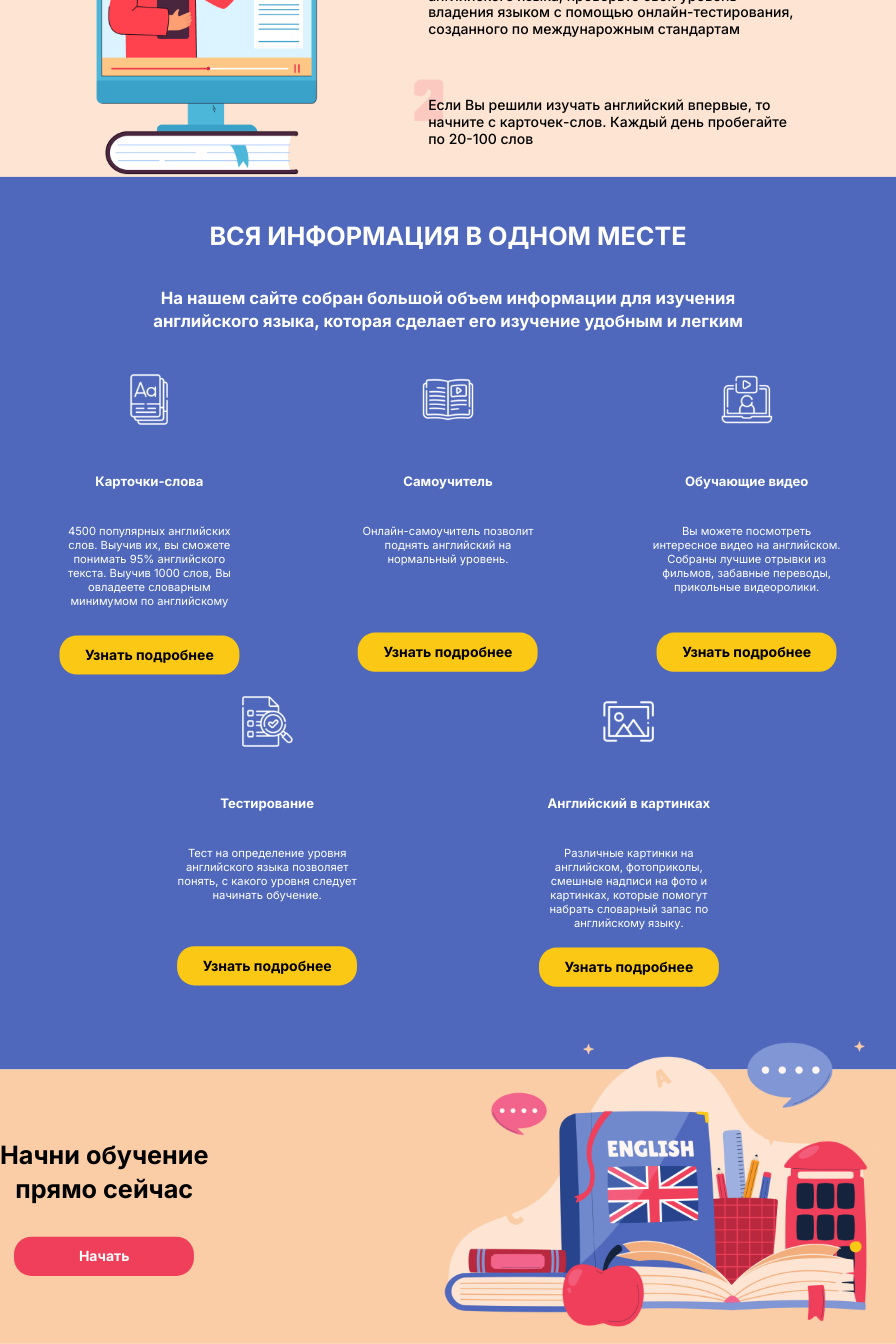
Repository: WladimirVA/Diplom
Page: scool/index.html
These files come from the project's save history. The page is drawn as it stood at one moment and after the next save; the edit follows.
The browser window is 1280 px wide. The pictures show the part of the page from y = 1124 to 3044 px (the page is 3044 px tall), at 70% of full size.

Above is the page before, as saved 2023-07-18 17:43:19.

After the next save:
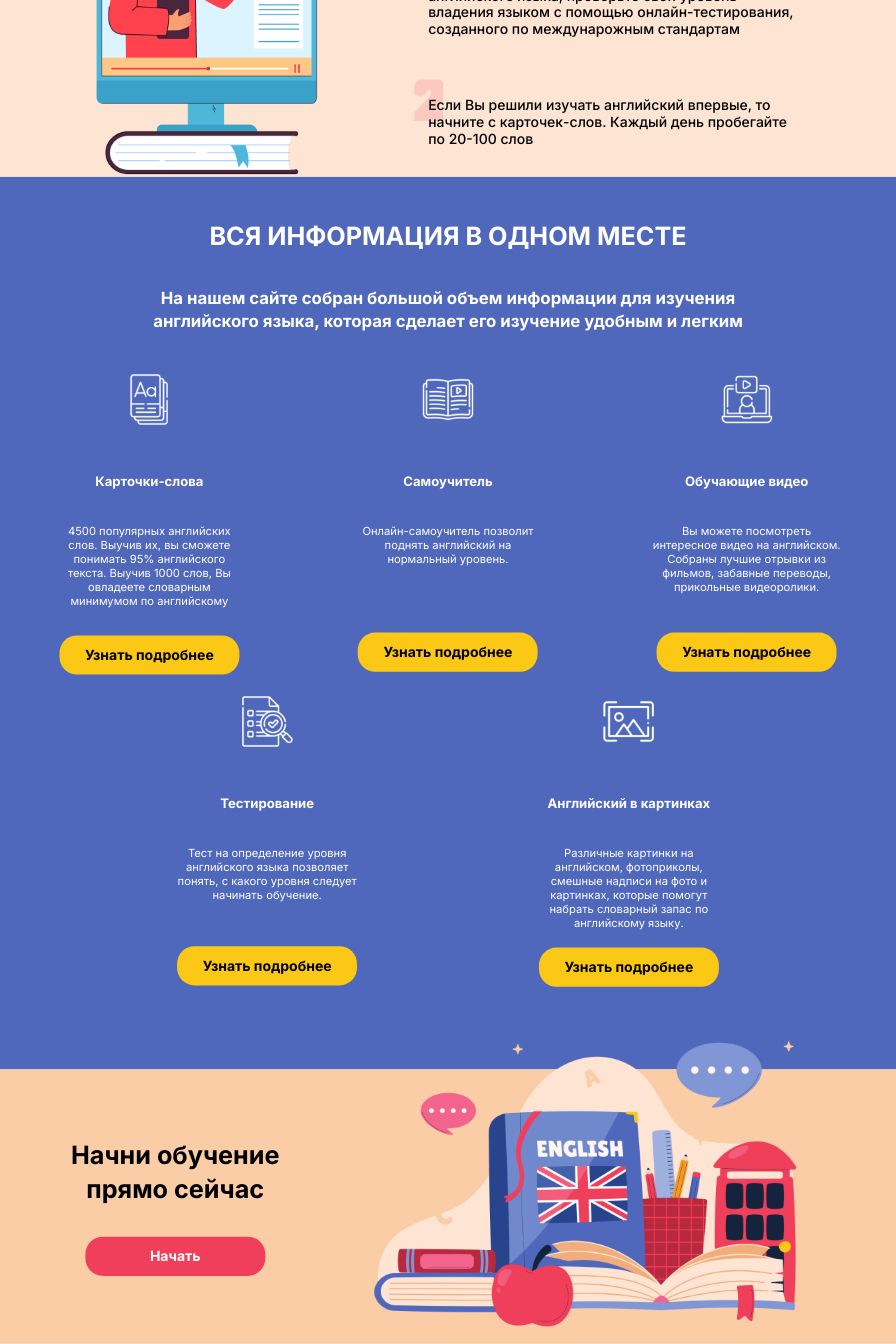
Saved 4 min 8 s later.
--- a/scool/css/index.css
+++ b/scool/css/index.css
@@ -330,7 +330,7 @@ ul.ddropdownn .ddropdownn-inside a:hover {/* Цвет фона изменитс
 .training {
     display: flex;
     align-items: center;
-    justify-content: space-between;
+    justify-content: space-evenly;
 }
 
 .training-inf {
